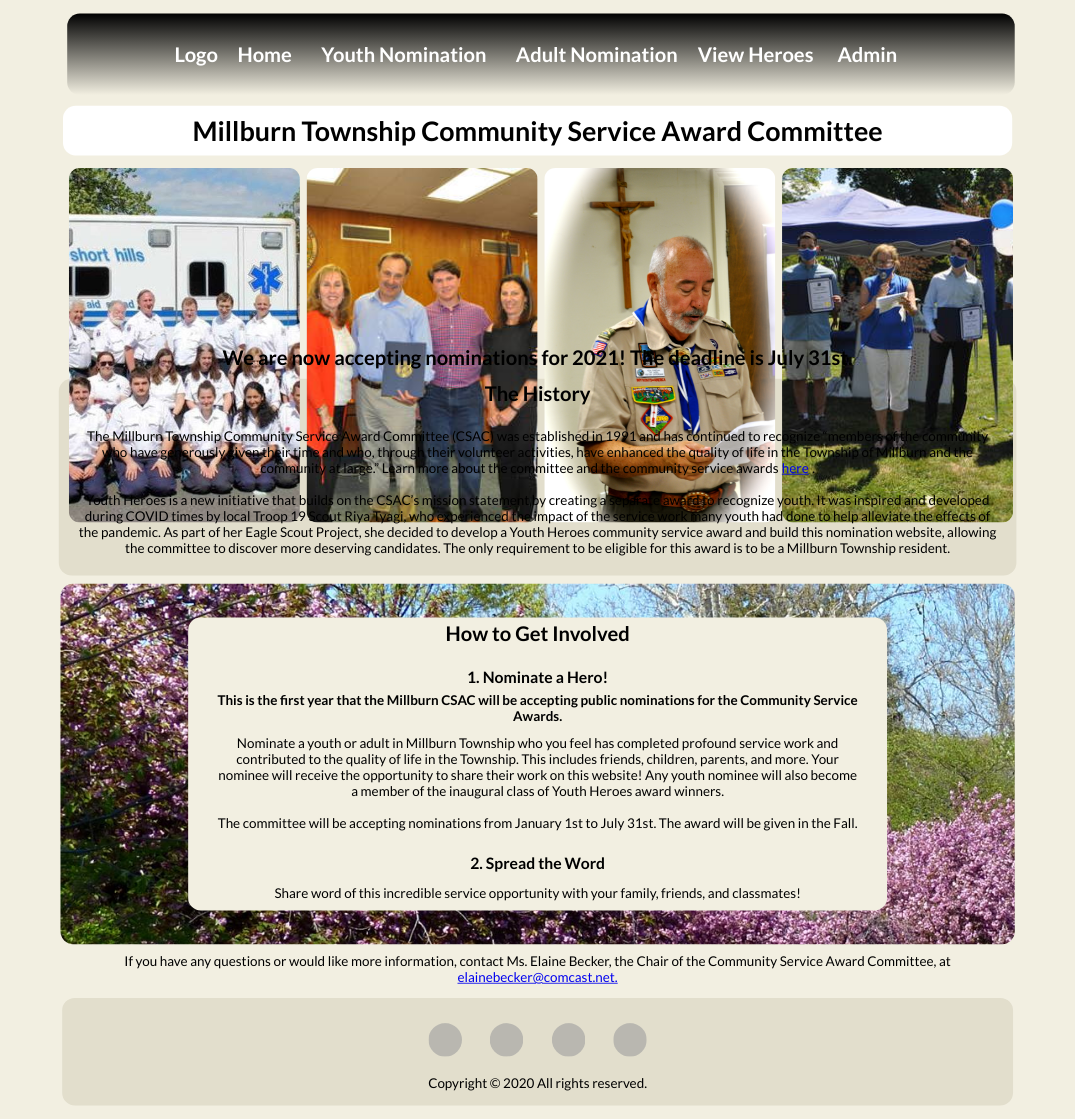
Repository: Centrattic/Young-Heroes-Website
Page: http://localhost/Frontend/home.php
The author's editor kept a copy of each file at every save. The page is drawn from the files as they stood at one save, then again after the next save.
The browser window is 1280 px wide. The pictures show the whole page, at 84% of full size.
Pictures or frames that could not be fetched are drawn as grey boxes. The page is run by PHP 8.4 with error messages shown; the project is at /var/www/html/.

Above is the page before, as saved 2020-12-09 15:34:07.

### Eagle Project/Frontend/home.php
<?php
require '../Backend/functions.php';
require '../Backend/dbhconnect.php';
?>

<html>
  <head>
    <link href="https://fonts.googleapis.com/css2?family=Lato:ital,wght@0,400;0,700;1,300;1,400&display=swap" rel="stylesheet">
    <link href="../CSS/home.css" rel="stylesheet" type="text/css" />

    <link rel = "stylesheet" href = "../CSS/navbar.css">
  </head>

  <body>


  <?php
      navbar();
    ?>

    <!--<h4> This website is affiliated with the Millburn Township Community Service Award Committee. </h4> -->
    <!--Banner/Header : history of CSAC , Ok describe that on website ::: incorporate thios is new initative but builds on previous initiative, came up on time of COVID, instead of "THE IMPORTANCE OF RECOGNIING YOUTH VOLUNTEERS -->
    <!-- Delete Mission Statement - JUst describe CSAC Iniative  ======================= OUR HISTORY, with the onset of COVID -- do this....

    Community Service Award OverView and Now YOUNG HEROES

    ALL NEEDED IS TO BE A MILLBURN TOWNSHIP RESIDENTs-->

    <h1 id = "homepagetitle"> Millburn Township Community Service Award Committee </h1>

    <div id = "homepicgrid">
      <div>
        <img src = "../Images/itsquad.jpg">
      </div>
      <div>
        <img src = "../Images/millburncsac.jpg">
      </div>
      <div>
        <img src = "../Images/fineran.jpg">
      </div>
      <div>
        <img src = "../Images/millburnhome.jpg">
      </div>
    </div>




    <h2> We are now accepting nominations for 2021! The deadline is July 31st. </h2>

    <!--<div id = "hometextgrid">
      <div>
        <h2> The Importance of Recognizing Youth Volunteers </h2>
        <p>Today’s youth are taking charge of environmental and social reforms,
          and they deserve credit and appreciation where it’s due. Up to 55% of youth
          actively participate in service, be it through school or other organizations, but they
          have gone severely underrepresented of late. By commending their efforts, more youth will be
          inspired to volunteer their time towards the community and the nation as a whole. Youth Service
          America reminds us that adolescent brains in particular offer creative solutions to problems,
          unaffected and unaware to the nonanswers common of some, older brains. They provide fresh outlooks
          and ideas that would otherwise go unthought of. Youth service is mutually beneficial to both the
          community and the youth in question; it has also been shown to improve success in the workforce
          and academics in later life with early leadership foundations, as well as fostering positive
          development traits and cosmopolitan mindsets. Some youth lack the incentive -the drive- to
          go out and make a difference, which is why it is vital for them to have an outlet of support and recognition.  </p>
      </div>
      <div>
        <h2> Our Mission Statement </h2>
        <p> The mission of the Young Heroes is to recognize Millburn/Short Hills youth for their contributions,
          to promote community service and good citizenship, to positively impact the community, and to
          give hope and inspiration to others, especially during difficult times such as COVID-19.
          This will be accomplished through a nomination process, verification, parental approval, and
          a final posting to the Millburn Township Young Heroes webpage. The posts will summarize the Young hero’s work
           and qualify them for an annual award given to the two heroes (and runners-ups) who demonstrate the most profound
          service and dedication to the Township, specific cause, and/or the community as a whole.
        </p>
      </div>
    </div>-->

    <div id = "CSAChistory">
      <h2> The History </h2> <br>
      <p> The Millburn Township Community Service Award Committee (CSAC) was established in 1991 and has continued to recognize “members of the community who have
        generously given their time and who, through their volunteer activities, have enhanced the quality of life in the Township of Millburn
        and the community at large.” Learn more about the committee and the community service awards<a href = "https://twp.millburn.nj.us/188/Community-Service-Award-Committee">here</a>.
        <br> <br> Youth Heroes is a new initiative that builds on the CSAC’s mission statement by creating a separate award to recognize youth. It was inspired
        and developed during COVID times by local Troop 19 Scout Riya Tyagi, who experienced the impact of the service work many youth had done to help alleviate
        the effects of the pandemic. As part of her Eagle Scout Project, she decided to develop a Youth Heroes community service award and build this nomination website,
        allowing the committee to discover more deserving candidates. The only requirement to be eligible for this award is to be a Millburn Township resident.
      </p>
    </div>

    <div id = "getinvolved">
          <div id = "nominateahero">
            <h2> How to Get Involved</h2>
            <br>
              <h3> 1. Nominate a Hero!</h3>
              <h4> This is the first year that the Millburn CSAC will be accepting public nominations for the Community Service Awards.</h4>
                <p> Nominate a youth or adult in Millburn Township who you feel has completed profound service work and contributed to the quality of life in the Township.
                This includes friends, children, parents, and more. Your nominee will receive the opportunity to share their work on this website! Any youth nominee will also
                become a member of the inaugural class of Youth Heroes award winners. <br><br>
                The committee will be accepting nominations from January 1st to July 31st. The award will be given in the Fall.<p>
               <h3>  2. Spread the Word </h3> <p>Share word of this incredible service opportunity with your family, friends, and classmates!</p>
               <!--<h3> 3. <a href = "https://forms.gle/pbJxUtVEzWF9bCSh6"> Volunteer </a></h3>  <p> Millburn Township Young Heroes is an Eagle Scout Project by Riya Tyagi of Troop 19. Volunteer to help her out! </p> -->
               <!-- <h3> 4.<a href = "https://gf.me/u/y3cpyf">Donate</a> </h3> <p> Donate to recognize heroes and their causes. We are very grateful for all donations. All money received will be used to purchase bronze
                  plaques to recognize winners of the awards and to handle the costs of advertising and creating a website. Any extra funds will be donated to the CSAC for future use.</li>
                </p>  -- Put this in explanation of Project --- part of narrative, footer  NICE -->
            </div>
    </div>

      <!--<div id = "impact">
        <h2> Our Impact</h2>
        <h3> ____ Youth Heroes Recognized </h3>
        <h3> ____ Adult Heroes Recognized </h3>
        <h3> ____ Awards Given</h3>
      </div>-->

    <h4 style = "width: 80%; margin: 0 auto;"> </h4>

    <p> If you have any questions or would like more information, contact Ms. Elaine Becker, the Chair of the Community Service Award Committee, at <a href = "mailto:elainebecker@comcast.net"> elainebecker@comcast.net.</a></p>

    <div id = "socialmedia">
        <footer id="colophon" class="site-footer" role="contentinfo">
      <div class="social-wrapper">
        <ul>
          <li>
            <a href="#" target="_blank">
              <img src="https://cdn1.iconfinder.com/data/icons/logotypes/32/twitter-128.png" alt="Twitter Logo" class="twitter-icon"></a>
          </li>
          <li>
            <a href="#" target="_blank">
              <img src="https://www.mchenryvillage.com/images/instagram-icon.png" alt="Instagram Logo" class="instagram-icon"></a>
          </li>
          <li>
            <a href="#" target="_blank">
              <img src="https://content.linkedin.com/content/dam/me/business/en-us/amp/brand-site/v2/bg/LI-Bug.svg.original.svg" alt="Linkedin Logo" class="linkedin-icon"></a>
          </li>
          <li>
            <a href="#" target="_blank">
              <img src="http://www.iconarchive.com/download/i54037/danleech/simple/facebook.ico" alt="Facebook Logo" class="facebook-icon"></a>
          </li>

        </ul>
      </div>

      <nav class="footer-nav" role="navigation">
        <p>Copyright &copy;
          <?php echo date("Y"); ?> All rights reserved.</p>
      </nav>
    </footer>
    <!-- #colophon -->
    </div>





</body>
</html>

### Eagle Project/Backend/dbhconnect.php
<?php
  $servername = "localhost";
  $dbUsername = "root";
  $dbPassword = "";
  $dbName = "young_heroes";

  //connecting to database
  $connection = new mysqli($servername, $dbUsername, $dbPassword, $dbName);

  //error message if connection fails
  if(!$connection){
    die("Connection failed: ".mysqli_connect_error());
  }
?>

### Eagle Project/CSS/home.css
* {
    text-align: center;
    padding: 2px;
    margin: 2px;
    font-family: 'Lato', sans-serif;
    border-radius: 15px;

}

body {
    background-color: #F2EFE1;

}

#homepicgrid {
    display: grid;
    width: auto;
    height: 30%;

    grid-template-columns: auto auto auto auto;
    grid-template-rows: auto;
}

#homepicgrid img {
    height: 100%;
    object-fit: cover;
    width: 100%;
}


#homepagetitle {
    font-size: 2em;
    width: auto;
    background-color: white;
    padding: 10px;
    margin: 5px;
}



#hometextgrid {
    display: grid;
    width: auto;
    margin: 0 auto;
    grid-template-columns: auto auto auto;
    grid-template-rows: auto auto;
}

#hometextgrid div {
    background-color: #E2DECC;
    padding: 20px;
}


#CSAChistory {
    background-color: #E2DECC;
    padding: 20px;
    padding-top: 0;
    margin: 10px 0;
}
#impact {
    background-color: white;
    width: 35%;
    margin: 2% auto;
    border: 10px solid transparent;
    border-image: url("../Images/borderhome.jpg") 30 round !important;
}

#impact h3 {
    margin: 15%;
}


#getinvolved {
    background-image: url("../Images/millburnblossoms.jpg");
    height: 60%;
    display: flex;
    align-items: center;
    justify-content: center;
}

#nominateahero {
    width: 70%;
    padding: 0 20px;
    background-color:  #F2EFE1;
}

#getinvolved p {
    margin: 10px;
}

button {
    font-size: 1em;
}



.site-footer {
    background-color: #E2DECC;
      text-align: center;
      margin: 10px 0;
      padding: 10px 0;
  }

  #social-wrapper {
      text-align: center;
  }

  /*Social Media Icons*/
  .social-wrapper {
      text-align: center;
  }

  .social-wrapper ul li {
      display: inline;
      margin: 0 5px;
  }

  .twitter-icon,
  .facebook-icon,
  .instagram-icon,
  .linkedin-icon,
  .googleplus-icon,
  .youtube-icon,
  .foursquare-icon{
      margin-top: .625em;
      width: 40px;
      height: 40px;
      opacity: .6;
      filter: alpha(opacity=60); /* For IE8 and earlier */
    border-radius: 25px;
  }

  .twitter-icon:hover,
  .facebook-icon:hover,
  .instagram-icon:hover,
  .linkedin-icon:hover,
  .googleplus-icon:hover,
  .youtube-icon:hover,
  .foursquare-icon:hover {
      opacity: 1.0;
      filter: alpha(opacity=100); /* For IE8 and earlier */
  }

  .footer-nav p {
      text-align: center;
  }

### Eagle Project/CSS/navbar.css
* {
    text-align: center;
    font-family: 'Lato', sans-serif;
}

body {
    background-color: #F2EFE1;
}


.menu-area li{
    display: inline;
    color: white;
    font-weight: bold;
    font-size: 1.5em;
    padding-bottom: 10px;
}

.menu-area .non-dropdown a{
    display: inline-block;
    padding: 30px 10px;
    text-decoration: none;
    color: white;
    box-sizing: border-box;

}

.menu-area .nav-dropdown .dropdown-content li a{
    display: inline-block;
    text-align: center;
    padding: 14px 16px;
    text-decoration: none;
}

.menu-area {
    width: 100%;
    background-image: linear-gradient(black, #F2EFE1);
    overflow: hidden;
    border-radius: 15px;
}

.menu-area .non-dropdown:hover{
    border-radius: 0px;
    border-bottom: 10px solid aliceblue;

}

.menu-area li a {
    box-sizing: border-box;
}

.nav-dropbtn {
    text-decoration: none;
    color: white;
}

/*FIX THIS LATER*/


#logout {
    all: unset;
}

body {
    margin: 0 5%;
}

/* ------------------*/



li.nav-dropdown {
    display: inline-block;
}

.dropdown-content {
    display: none;
    position: absolute;
    background-color: #f9f9f9;
    min-width: 150px;
    box-shadow: 0px 8px 16px 0px rgba(0,0,0,0.2);
    z-index: 1;

}

.dropdown-content a {
    color: black;
    padding: 12px 16px;
    text-decoration: none;
    display: block;
    font-size: .9em;
    text-align: left;
}


.dropdown-content a:hover {
    background-color: #f1f1f1;
}


.nav-dropdown:hover .dropdown-content {
    display: block;
    border-radius: 0px;
}

Loaded but not shown: Eagle Project/Backend/functions.php (995 lines, source omitted)

After the next save:
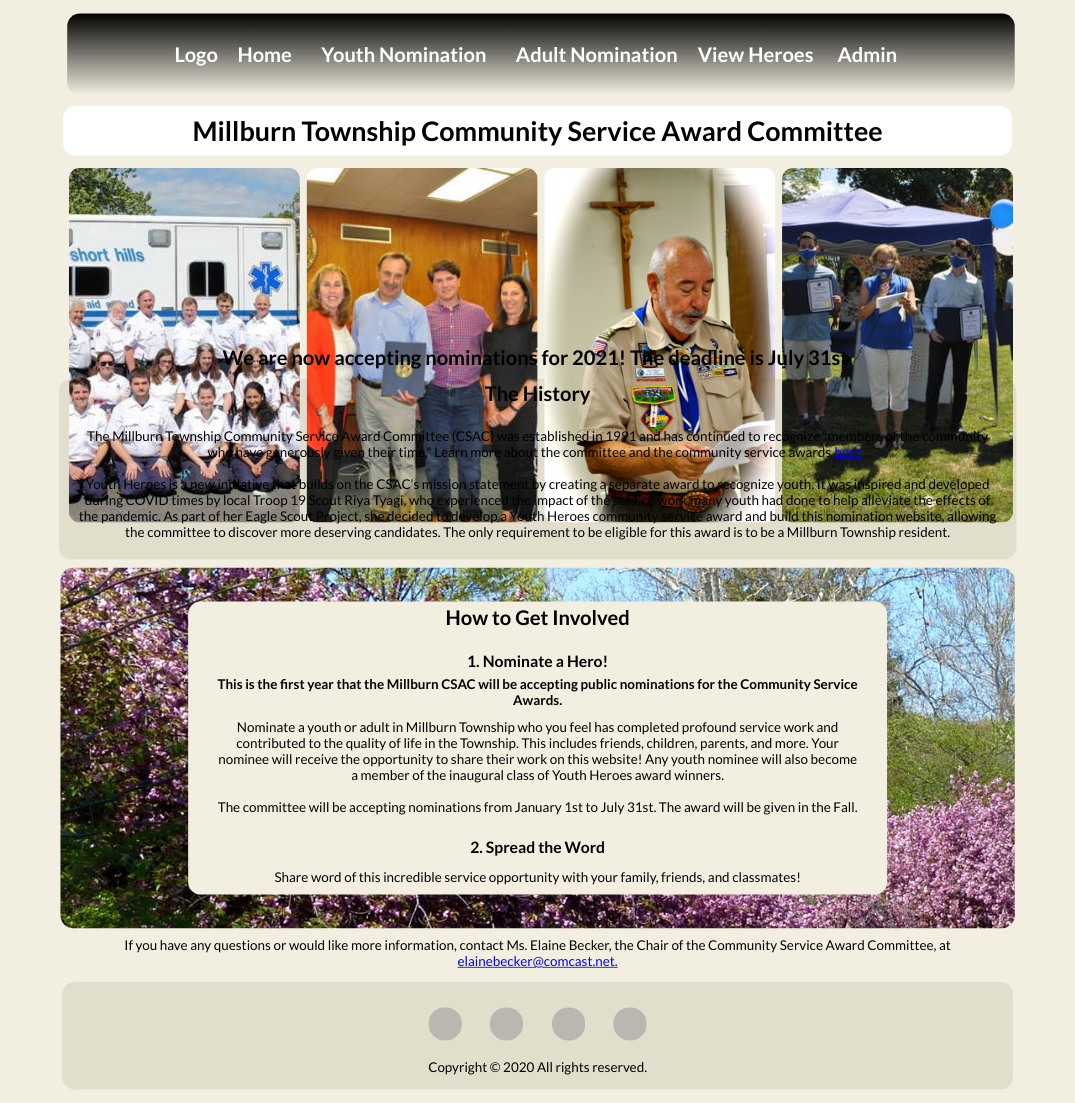
Saved 20 s later.
--- a/Eagle Project/Frontend/home.php
+++ b/Eagle Project/Frontend/home.php
@@ -75,13 +75,17 @@ require '../Backend/dbhconnect.php';
           service and dedication to the Township, specific cause, and/or the community as a whole.
         </p>
       </div>
-    </div>-->
+    </div>
+
+    and who, through their volunteer activities, have enhanced the quality of life in the Township of Millburn
+        and the community at large.”
+
+    -->
 
     <div id = "CSAChistory">
       <h2> The History </h2> <br>
       <p> The Millburn Township Community Service Award Committee (CSAC) was established in 1991 and has continued to recognize “members of the community who have
-        generously given their time and who, through their volunteer activities, have enhanced the quality of life in the Township of Millburn
-        and the community at large.” Learn more about the committee and the community service awards<a href = "https://twp.millburn.nj.us/188/Community-Service-Award-Committee">here</a>.
+        generously given their time." Learn more about the committee and the community service awards<a href = "https://twp.millburn.nj.us/188/Community-Service-Award-Committee">here</a>.
         <br> <br> Youth Heroes is a new initiative that builds on the CSAC’s mission statement by creating a separate award to recognize youth. It was inspired
         and developed during COVID times by local Troop 19 Scout Riya Tyagi, who experienced the impact of the service work many youth had done to help alleviate
         the effects of the pandemic. As part of her Eagle Scout Project, she decided to develop a Youth Heroes community service award and build this nomination website,
